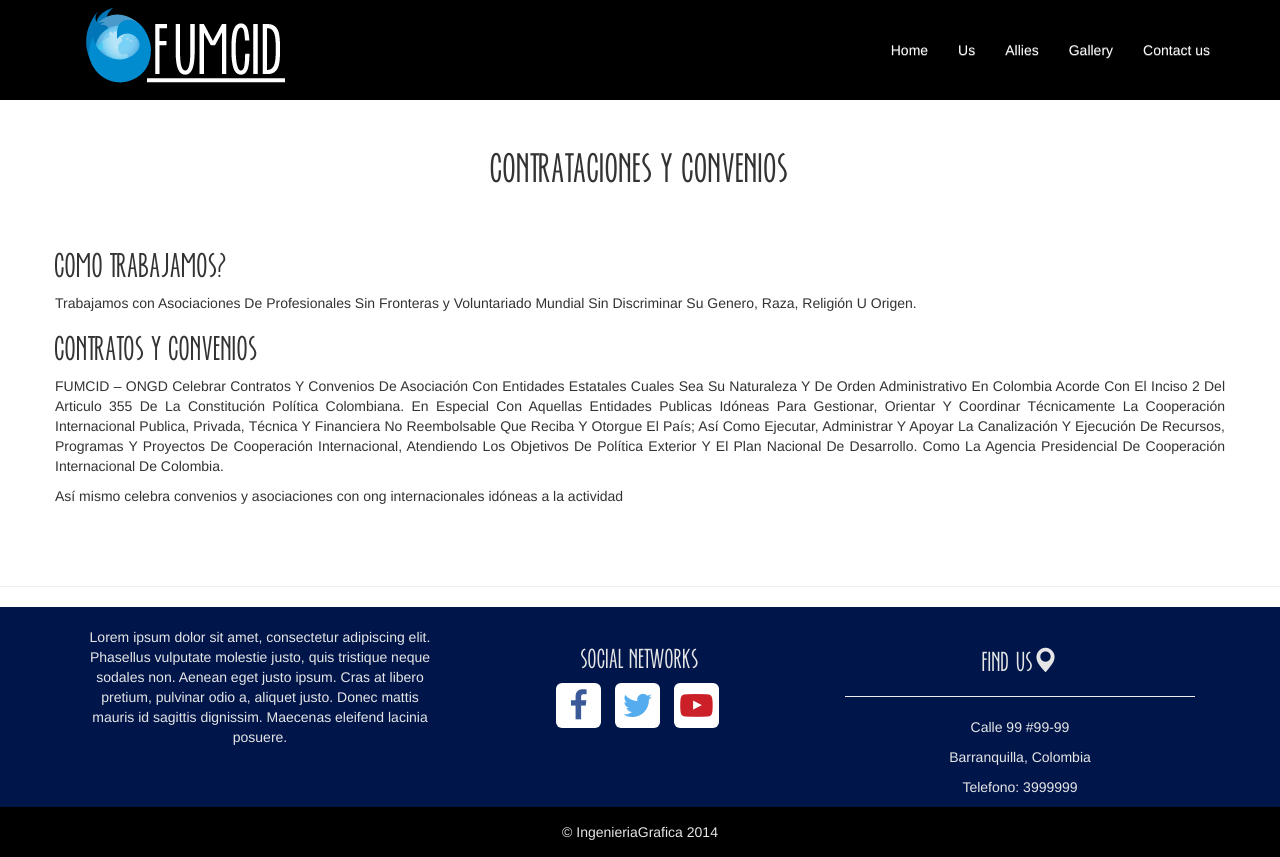
Repository: aarguelles93/Prototipo-portal-FUMCID
Page: http://localhost/contrataciones.php
The author's editor kept a record of every edit. The page is drawn from the files as they stood at one moment, then again after the next edit.
The browser window is 1280 px wide. The pictures show the whole page.
Some web libraries are served in a nearby version. The page is run by PHP 8.4 with error messages shown; the project is at /var/www/html/. Other server files are loaded and not shown.

Above is the page before.

### contrataciones.php
<?php $active_page = 99; //!!! ?>
<!DOCTYPE html>
<!--[if lt IE 7]>      <html class="no-js lt-ie9 lt-ie8 lt-ie7"> <![endif]-->
<!--[if IE 7]>         <html class="no-js lt-ie9 lt-ie8"> <![endif]-->
<!--[if IE 8]>         <html class="no-js lt-ie9"> <![endif]-->
<!--[if gt IE 8]><!--> <html class="no-js"> <!--<![endif]-->
    <?php require_once('_php/templates/head.php'); ?>
    <body>
        <!--[if lt IE 7]>
            <p class="browsehappy">You are using an <strong>outdated</strong> browser. Please <a href="http://browsehappy.com/">upgrade your browser</a> to improve your experience.</p>
        <![endif]-->
    <?php require_once('_php/templates/header.php'); ?>


    <div class="container">
        <div class="content-padded">
            <h1 class="text-center">Contrataciones y convenios</h1>
        </div>
    </div>

    <div class="container container-padded">
      <!-- Example row of columns -->
      <div class="row">
        <div>
          <h2>Como trabajamos?</h2>
          <p class="text-justify">Trabajamos con Asociaciones De Profesionales Sin Fronteras y  Voluntariado Mundial Sin Discriminar Su Genero, Raza, Religión U Origen.</p>
        </div>
        <div>
          <h2>Contratos y convenios</h2>
          <p class="text-justify">FUMCID – ONGD Celebrar Contratos Y Convenios De Asociación Con Entidades Estatales Cuales Sea Su Naturaleza Y De Orden Administrativo En Colombia Acorde Con El Inciso 2 Del Articulo 355 De La Constitución Política Colombiana. En Especial Con Aquellas Entidades Publicas Idóneas Para Gestionar, Orientar Y Coordinar Técnicamente La Cooperación Internacional Publica, Privada, Técnica Y Financiera No Reembolsable Que Reciba Y Otorgue El País; Así Como Ejecutar, Administrar Y Apoyar La Canalización Y Ejecución De Recursos, Programas Y Proyectos De Cooperación Internacional, Atendiendo Los Objetivos De Política Exterior Y El Plan Nacional De Desarrollo. Como La Agencia Presidencial De Cooperación Internacional De Colombia.</p>
       </div>
        <div>
          <p class="text-justify">Así mismo celebra convenios y asociaciones con ong internacionales idóneas a la actividad</p>
        </div>
      </div>
    </div> <!-- /container -->

    <hr>

    <?php
    require_once ($_SERVER['DOCUMENT_ROOT'].'/_php/templates/footer.php');
    ?>


    <script src="//ajax.googleapis.com/ajax/libs/jquery/1.11.1/jquery.js"></script>
        <script>window.jQuery || document.write('<script src="js/vendor/jquery-1.11.1.js"><\/script>')</script>

        <script src="js/vendor/bootstrap.js"></script>

        <script src="js/main.js"></script>

        <!-- Google Analytics: change UA-XXXXX-X to be your site's ID. -->
        <script>
            (function(b,o,i,l,e,r){b.GoogleAnalyticsObject=l;b[l]||(b[l]=
            function(){(b[l].q=b[l].q||[]).push(arguments)});b[l].l=+new Date;
            e=o.createElement(i);r=o.getElementsByTagName(i)[0];
            e.src='//www.google-analytics.com/analytics.js';
            r.parentNode.insertBefore(e,r)}(window,document,'script','ga'));
            ga('create','UA-XXXXX-X');ga('send','pageview');
        </script>


    </body>
</html>

### _php/templates/head.php
<?php
session_start();
require ($_SERVER['DOCUMENT_ROOT'].'/_php/languages/langSelector.php');
?>
<head>
    <meta charset="utf-8">
    <meta http-equiv="X-UA-Compatible" content="IE=edge,chrome=1">
    <title>FUMCID
    <?php
    switch($active_page){
        case 0:
            print(' - ' . NAVBAR_HOME);
            break;
        case 1:
            print(' - ' . NAVBAR_US);
            break;
        case 2:
            print(' - ' . NAVBAR_ALLIES);
            break;
        case 3:
            print(' - ' . NAVBAR_GALLERY);
            break;
        case 4:
            print(' - ' . NAVBAR_CONTACT);
            break;
        default:
            break;
    }
    ?></title>
    <meta name="description" content="">
    <meta name="viewport" content="width=device-width, initial-scale=1">
    <link rel="icon" type="image/ico" href="favicon.ico"/>

    <link rel="stylesheet" href="/css/bootstrap.css">
    <style>
        body {
            padding-top: 100px;

        }
    </style>
    <link rel="stylesheet" href="/css/bootstrap-theme.css">
    <link href="//maxcdn.bootstrapcdn.com/font-awesome/4.2.0/css/font-awesome.min.css" rel="stylesheet">
    <link rel="stylesheet" href="/css/bootstrap-social.css">
    <link rel="stylesheet" href="/css/main.css">

    <script src="/js/vendor/modernizr-2.6.2-respond-1.1.0.min.js"></script>
</head>

### _php/languages/langSelector.php
<?php
function setLanguage(){
    if (isset($_GET['lang'])){
        // Else, use the GET var for LANG, and then set the SESSION var
        if($_GET['lang']=='pt'){
            require('pt.php');
            $_SESSION['lang']='pt';
        }elseif($_GET['lang']=='es'){
            require('es.php');
            $_SESSION['lang']='es';
        }else{
            require('en.php');
            $_SESSION['lang']='en';
        }
    }
    elseif(isset($_SESSION['lang'])){
        //  First, if lang is set on a SESSION Var, use it
        if($_SESSION['lang']== 'pt'){
            require('pt.php');
        }elseif($_SESSION['lang']=='es'){
            require('es.php');
        }else{
            require('en.php');
        }
    }else{
        // If none of the above are set, work with default english lang
        require('en.php');
    }

}

setLanguage();

?>

### _php/languages/en.php
<?php
//Navbar Headers
define('NAVBAR_HOME','Home');
define('NAVBAR_US','Us');
define('NAVBAR_US_WHO','Who are we?');
define('NAVBAR_US_MISSION','Mission');
define('NAVBAR_US_VISION','Vision');
define('NAVBAR_US_OBJECTIVES','Objectives');
define('NAVBAR_ALLIES','Allies');
define('NAVBAR_GALLERY', 'Gallery');
define('NAVBAR_CONTACT', 'Contact us');

//Footer Headers
define('FOOTER_SOCIAL','Social Networks');
define('FOOTER_CONTACT','Find us');
?>

### _php/templates/header.php
<div class="navbar navbar-custom navbar-fixed-top" role="navigation">
  <div class="container">
    <div class="navbar-header">
      <button type="button" class="navbar-toggle" data-toggle="collapse" data-target=".navbar-collapse">
        <span class="glyphicon glyphicon-list" aria-hidden="true"></span>
      </button>
      <a class="navbar-brand" href="/"><img alt="Brand" src="/img/fumcid-icon.png"></a>
    </div>
    <div  id="spyied"  class="navbar-collapse collapse">
      <ul class="nav navbar-nav navbar-right">

        <?php

        $pages[0] = '<a href="/home.php">' . NAVBAR_HOME . '</a>';
        //page1
        $pages[1]='<a href="/nosotros/" class="dropdown-toggle" data-toggle="dropdown" role="button" aria-expanded="false">' . NAVBAR_US . '</a>
          <ul class="dropdown-menu" role="menu">
            <li><a href="/nosotros.php#quienes" data-target="#quienes">' . NAVBAR_US_WHO . '</a></li>
            <li><a href="/nosotros.php#mision" data-target="#mision">'. NAVBAR_US_MISSION .'</a></li>
            <li><a href="/nosotros.php#vision" data-target="#vision">'. NAVBAR_US_VISION .'</a></li>
            <li><a href="/nosotros.php#objetivos" data-target="#objetivos">'. NAVBAR_US_OBJECTIVES .'</a></li>

          </ul>';
        $pages[2] = '<a href="/aliados.php">'.NAVBAR_ALLIES.'</a>';
        $pages[3] = '<a href="/galeria.php">'.NAVBAR_GALLERY.'</a>';
        $pages[4] = '<a href="/contactenos.php">'.NAVBAR_CONTACT.'</a>';

        $count = 0;
        foreach($pages as $page=>$content){
            if($count == 1){
                //en caso que $page sea la pag con dropdown
                $li_str = '<li class="dropdown">';
                if($page == $active_page){
                    $li_str = '<li class="dropdown active">';
                    $pages[1]='<a href="/nosotros/" class="dropdown-toggle" data-toggle="dropdown" role="button" aria-expanded="false">' . NAVBAR_US . '</a>
                              <ul class="dropdown-menu" role="menu">
                                <li><a href="#quienes" data-target="#quienes">' . NAVBAR_US_WHO . '</a></li>
                                <li><a href="#mision" data-target="#mision">'. NAVBAR_US_MISSION .'</a></li>
                                <li><a href="#vision" data-target="#vision">'. NAVBAR_US_VISION .'</a></li>
                                <li><a href="#objetivos" data-target="#objetivos">'. NAVBAR_US_OBJECTIVES .'</a></li>
                              </ul>';
                }
            }else{
                //en caso de que $page sea cualquier otra pag
                $li_str = '<li>';
                if($page == $active_page){
                    $li_str = '<li class="active">';
                }
            }
            $li_str .= $content.'</li>';
            print($li_str);

            //$count -> Indice de página actual. Sirve para identificar el dropdown
            $count = $count + 1;
        }
        ?>

      </ul>
    </div><!--/.navbar-collapse -->
  </div>
</div>

### _php/templates/footer.php

<footer class="text-center">
  <div class="footer-above">
    <div class="container">
      <div class="col-md-4">
        <p>Lorem ipsum dolor sit amet, consectetur adipiscing elit. Phasellus vulputate molestie justo, quis tristique neque sodales non. Aenean eget justo ipsum. Cras at libero pretium, pulvinar odio a, aliquet justo. Donec mattis mauris id sagittis dignissim. Maecenas eleifend lacinia posuere. </p>
      </div>
      <div class="col-md-4">
        <h3><?php print(FOOTER_SOCIAL); ?></h3>
        <ul class="list-inline">
          <li><a class="btn btn-social-icon btn-lg btn-facebook" href="https://www.facebook.com/fumcid" target="_blank"><i class="fa fa-facebook"></i></a></li>
          <li><a class="btn btn-social-icon btn-lg btn-twitter" href="https://twitter.com/fumcidongd" target="_blank"><i class="fa fa-twitter"></i></a></li>
          <li><a class="btn btn-social-icon btn-lg btn-pinterest"><i class="fa fa-youtube-play"></i></a></li>
        </ul>
      </div>
      <div class="col-md-4">
        <h3><?php print(FOOTER_CONTACT) ?><span class="glyphicon glyphicon-map-marker" aria-hidden="true"></span></h3>
        <hr>
        <p>Calle 99 #99-99</p>
        <p>Barranquilla, Colombia</p>
        <p>Telefono: 3999999</p>
      </div>
    </div>
  </div>
  <div class="footer-below">
    <p>&copy; IngenieriaGrafica 2014</p>
  </div>
</footer>

### css/main.css


/* ==========================================================================
   Author's custom styles
   ========================================================================== */
body{
   height:100%;
   position:relative;
}


@font-face {
    font-family: ever_afterregular;
    src: url("../fonts/ever_after_font/everafte-webfont.eot");
    src: url('../fonts/ever_after_font/everafte-webfont.eot?#iefix') format('embedded-opentype'),
         url('../fonts/ever_after_font/everafte-webfont.woff2') format('woff2'),
         url('../fonts/ever_after_font/everafte-webfont.woff') format('woff'),
         url('../fonts/ever_after_font/everafte-webfont.ttf') format('truetype'),
         url('../fonts/ever_after_font/everafte-webfont.svg#ever_afterregular') format('svg');

    font-weight: normal;
    font-style: normal;

}

h1, h2, h3, h4, h5, h6{
   font-family: ever_afterregular, Helvetica, Arial, sans-serif ;
   text-transform: uppercase;
}

.container-padded{
   padding-bottom:50px;
}

.navbar-custom{
   background-color:#000 !important;

   height:100px;
   padding-top:0px;
}
.navbar-brand{
   padding: 5px;
}
ul.navbar-right{
   padding-top:25px;
}
.navbar-toggle{
   background-color:#191919;
}
.navbar-collapse{
   background-color:black;
}
.navbar-custom a, .dropdown-menu > li > a{
   color: #FFF;
}
/*Navbar item seleccionado-activo*/
.navbar-custom .navbar-nav > .active {
   background-color:#008CCF ;
   border-radius:2px;
}
.navbar-custom .navbar-nav > .dropdown ul {
   background-color:#4A4B4C;
}

.nav > li > a:hover, .nav > li > a:focus, .dropdown-menu > li > a:hover,
.dropdown-menu > li > a:focus {
   background-color:#4A4A4A;
   border-radius:2px;

}

#header a{
   color:#FFFFFF;
}

/*Button properties*/
.btn-primary{
   background-color:#008CCF;
   background-image:none;
}
.btn{
   border:none;
}

#myCarousel{
   padding:0px;
}

#myCarousel img{
   width:100%;
}

.embed-responsive{
   margin-bottom: 5px;
   margin-top: 5px;
}

footer{
   background-color: #000;
   bottom:0;
   clear:both;
   min-height:250px;
   margin-bottom:-10px;

}
footer p, footer h3{
   color:#E6E6E6;
}

.footer-above{
   background-color: #00164A;
   min-height:200px;
   padding-top:20px;
}
.footer-below{
   min-height:50px;
   padding-top:15px;
}
.btn-twitter, .btn-facebook, .btn-pinterest{
   background-color: white;
}
.btn-facebook:hover{
   background-color: #3B5998;
}
.btn-twitter{
   color: #55ACEE;
}
.btn-facebook{
   color: #3B5998;
}
.btn-pinterest{
   color: #CB2027;
}
/* Aliados */

/* Nosotros */
.content-padded{
   padding-top:30px;
   padding-bottom:30px;
}
.nosotros-padded{
   padding-top:80px;
   padding-bottom:0px;
}
/* Contactenos */
#contactos{
   padding-top:20px;
   padding-bottom:20px;
   min-height:240px;
}
#contact-container{
   padding:40px 0px;
}
#contact-container button{
   padding:10px 30px;
}
textarea{
   resize:none;
}
#map-container{
   height: 100%;
}
#map-canvas{
 min-height:300px;
 height:100% !important;
}

Loaded but not shown: css/bootstrap.css (library); css/bootstrap-theme.css (library); css/bootstrap-social.css (library); js/main.js (no stored copy; drawn as an empty file)

After the next edit:
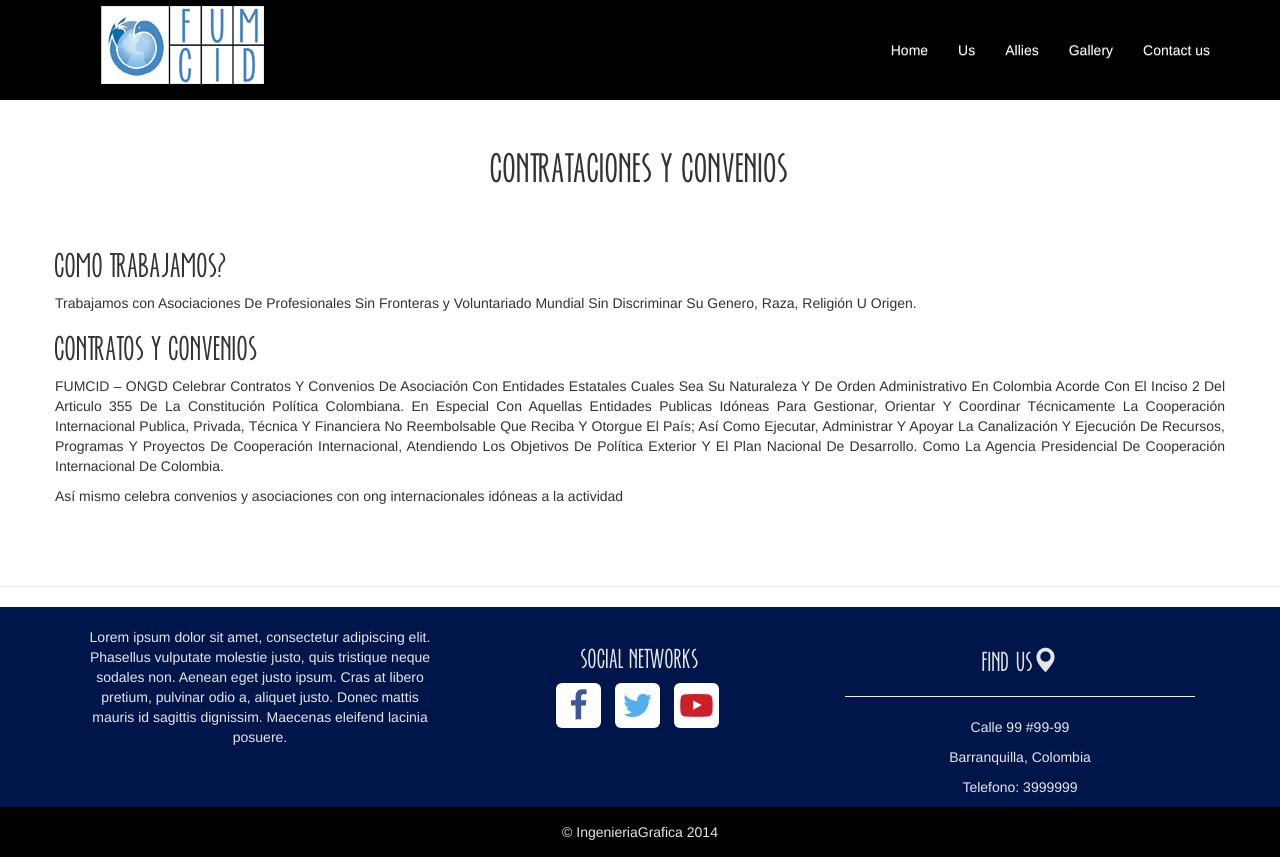
The edit:
--- a/_php/templates/header.php
+++ b/_php/templates/header.php
@@ -4,7 +4,7 @@
       <button type="button" class="navbar-toggle" data-toggle="collapse" data-target=".navbar-collapse">
         <span class="glyphicon glyphicon-list" aria-hidden="true"></span>
       </button>
-      <a class="navbar-brand" href="/"><img alt="Brand" src="/img/fumcid-icon.png"></a>
+      <a class="navbar-brand" href="/"><img alt="Brand" src="/img/unnamed.png"></a>
     </div>
     <div  id="spyied"  class="navbar-collapse collapse">
       <ul class="nav navbar-nav navbar-right">
